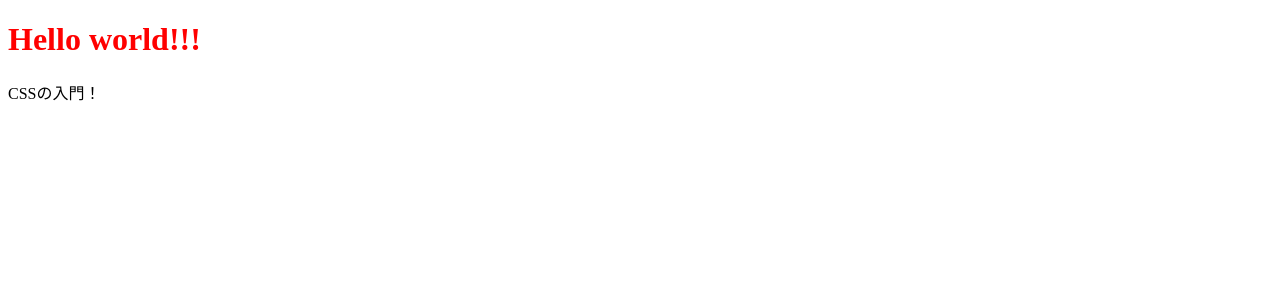
Repository: Black-Holy/rails-06
Page: html/css_intro/index.html
The author's editor kept a record of every edit. The page is drawn from the files as they stood at one moment, then again after the next edit.
The browser window is 1280 px wide. The pictures show the whole page.

Above is the page before.

### html/css_intro/index.html
<!DOCTYPE HTML>
<html>
<head>
  <meta charset="UTF-8" />
  <title>TECH BOOST</title>

  <style>
    h1 {
      color: red;
    }
  </style>
</head>
  <body>
    <h1 id="title">Hello world!!!</h1>
    <p class="description">CSSの入門！</p>
  </body>
</html>

After the next edit:
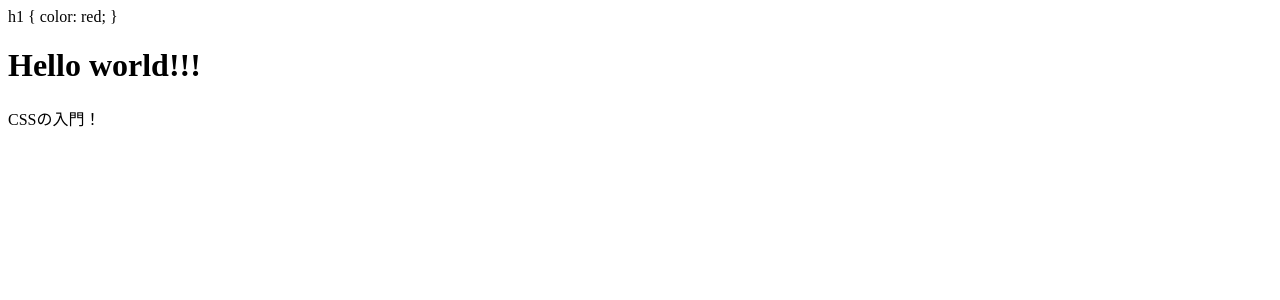
The edit:
--- a/html/css_intro/index.html
+++ b/html/css_intro/index.html
@@ -4,7 +4,6 @@
   <meta charset="UTF-8" />
   <title>TECH BOOST</title>
 
-  <style>
     h1 {
       color: red;
     }
